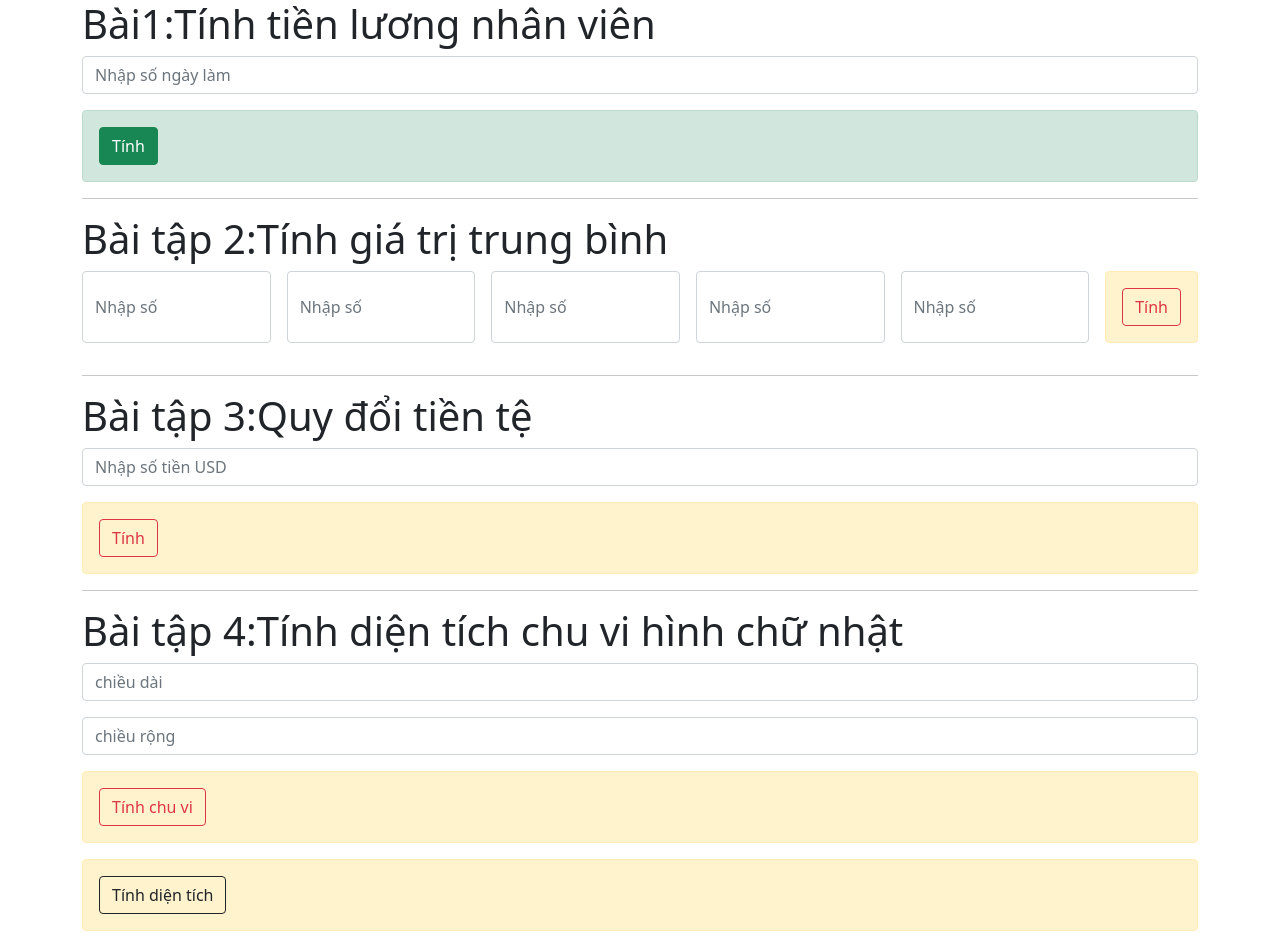
Repository: qkhanh1104k/Js-buoi2-3_giaodienbuoi1
Page: index.html
These files come from the project's save history. The page is drawn as it stood at one moment and after the next save; the edit follows.
The browser window is 1280 px wide. The pictures show the whole page.

Above is the page before, as saved 2022-07-21 11:25:32.

### index.html
<!DOCTYPE html>
<html lang="en">
  <head>
    <meta charset="UTF-8" />
    <meta http-equiv="X-UA-Compatible" content="IE=edge" />
    <meta name="viewport" content="width=device-width, initial-scale=1.0" />
    <title>Document</title>
    <link
      href="https://cdn.jsdelivr.net/npm/bootstrap@5.1.3/dist/css/bootstrap.min.css"
      rel="stylesheet"
      integrity="sha384-1BmE4kWBq78iYhFldvKuhfTAU6auU8tT94WrHftjDbrCEXSU1oBoqyl2QvZ6jIW3"
      crossorigin="anonymous"
    />
  </head>
  <body>
    <div class="container">
      <h1>Bài1:Tính tiền lương nhân viên</h1>
      <div>
        <input
          type="text"
          id="txtNum"
          class="form-control mb-3"
          placeholder="Nhập số ngày làm"
        />
        <div class="alert alert-success" id="resultBT1">
          <button class="btn btn-success" onclick="demoWhile()">Tính</button>
        </div>
      </div>
      <hr />
      <h1>Bài tập 2:Tính giá trị trung bình</h1>
      <div class="d-flex gap-3">
        <input type="text" id="txtNum1Bt2" class="form-control mb-3" placeholder="Nhập số"  />
        <input type="text" id="txtNum2Bt2" class="form-control mb-3"placeholder="Nhập số" />
        <input type="text" id="txtNum3Bt2" class="form-control mb-3"placeholder="Nhập số" />
        <input type="text" id="txtNum4Bt2" class="form-control mb-3" placeholder="Nhập số"/>
        <input type="text" id="txtNum5Bt2" class="form-control mb-3"placeholder="Nhập số" />
        <div class="alert alert-warning" id="resBt2">
          <button class="btn btn-outline-danger" onclick="calcAvarage5()">
            Tính
          </button>
        </div>
        </div>
        <hr/>
        <h1>Bài tập 3:Quy đổi tiền tệ</h1>
        <div>
            <input type="text" class="form-control mb-3" id="txtNumBt3" placeholder="Nhập số tiền USD">
            <div class="alert alert-warning" id="resBt3">
                <button class="btn btn-outline-danger" onclick="changeMoney()">Tính</button>
            </div>
        </div>
        <hr>
        <h1>Bài tập 4:Tính diện tích chu vi hình chữ nhật</h1>
        <div>
            <input type="text" id="txtNumBt4Width" class="form-control mb-3" placeholder="chiều dài" >
            <input type="text" id="txtNumBt4Height" class="form-control mb-3" placeholder="chiều rộng">
            <div id="resBt41" class="alert alert-warning">
                <button class="btn btn-outline-danger" onclick="calcPerimeter()">Tính chu vi</button>
            </div>
            <div id="resBt42" class="alert alert-warning">
                <button class="btn btn-outline-dark" onclick="calcSquare()">Tính diện tích</button>
            </div>
        </div>
    </div>


    <script src="./index.js"></script>
  </body>
</html>

### index.js
// bai tap 1
 /* input:lương 1 ngày, số ngày làm
    process:
    1.lấy input
    2.tính lương= số ngày *lương 1 ngày
    3.log ra màn hình
    output:tiền lương
  */
function demoWhile(){
    var value = +document.getElementById("txtNum").value;
    var salaryPerDay = 200000;
    var salary = value*salaryPerDay;
    document.getElementById("resultBT1").innerHTML= salary;
}

 //  bai tap 2
   /* input: 5 số thực
       process
       1.lấy 5 số thực
       2.tính trung bình 5 số
       3,log ra màn hình
       ouput: trung bình 5 số
   */
function calcAvarage5(){
    var num1 = +document.getElementById("txtNum1Bt2").value;
    var num2 = +document.getElementById("txtNum2Bt2").value;
    var num3 = +document.getElementById("txtNum3Bt2").value;
    var num4 = +document.getElementById("txtNum4Bt2").value;
    var num5 = +document.getElementById("txtNum5Bt2").value;
    var ave = (num1+num2+num3+num4+num5) / 5;
    document.getElementById("resBt2").innerHTML = ave;
}

 // bai tap 3
   /*
   input:giá usd, tiền usd
   process:
       1.lấy input số tiền đô
       2.lấy tiền đô*tiền việt
       3.log ra số tiền việt
   output:đổi ra tiền việt
   */
  function changeMoney(){
    var vnd = 23500;
    var usd = +document.getElementById("txtNumBt3").value;
    var moneyChange = vnd*usd;
    document.getElementById("resBt3").innerHTML = moneyChange;
  }
   // bài tập 4
   /*
   input:chiều dài, chiều rộng HCN
   process:
       1. láy input chiều dài, chiều rộng Hcn
       2.tính chu vi hcn:(dài+rộng)/2
       3. tính diện tích hcn:dài*rộng
       4. log ra màn hình chu vi và diện tích
   output:diện tích, chu vi
   */
  function calcPerimeter(){
    var width = +document.getElementById("txtNumBt4Width").value;
    var height = +document.getElementById("txtNumBt4Height").value;
    var perimeter = (width + height)/2;
    document.getElementById("resBt41").innerHTML = perimeter;
  }
  function calcSquare(){
    var width = +document.getElementById("txtNumBt4Width").value;
    var height = +document.getElementById("txtNumBt4Height").value;
    var square = width * height;
    document.getElementById("resBt42").innerHTML = square;
  }

After the next save:
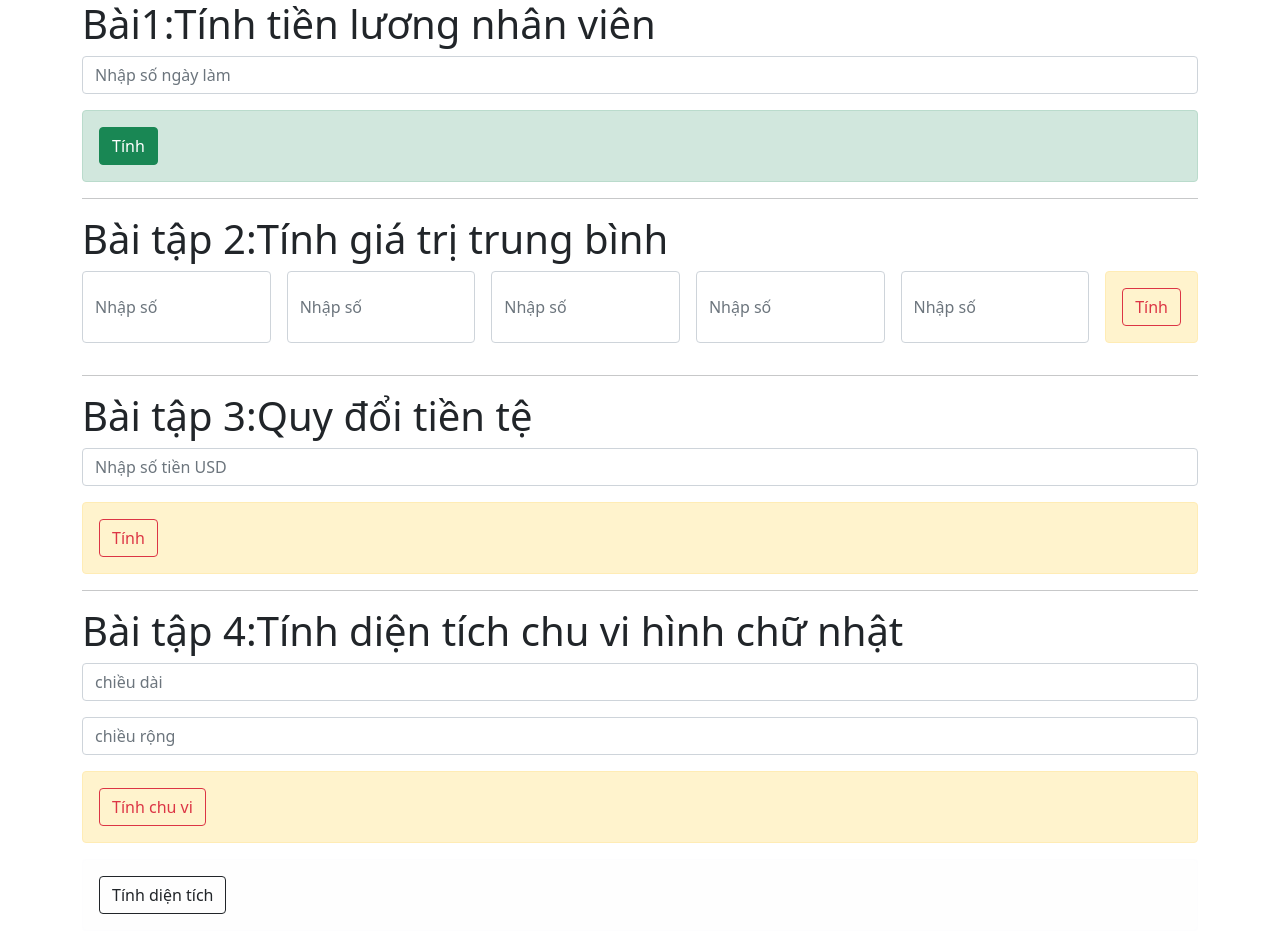
Saved 29 s later.
--- a/index.html
+++ b/index.html
@@ -56,7 +56,7 @@
             <div id="resBt41" class="alert alert-warning">
                 <button class="btn btn-outline-danger" onclick="calcPerimeter()">Tính chu vi</button>
             </div>
-            <div id="resBt42" class="alert alert-warning">
+            <div id="resBt42" class="alert alert-light">
                 <button class="btn btn-outline-dark" onclick="calcSquare()">Tính diện tích</button>
             </div>
         </div>
